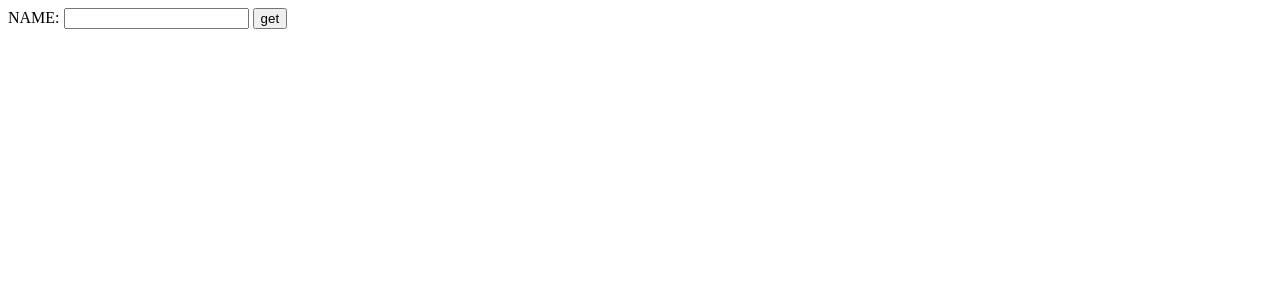
Repository: anushkammp/abc
Page: http://localhost/JSTLDemo/choose.jsp
The author's editor kept a copy of each file at every save. The page is drawn from the files as they stood at one save, then again after the next save.
The browser window is 1280 px wide. The pictures show the whole page.
The page is served by Tomcat 9.

Above is the page before, as saved 2018-08-20 09:39:40.

After the next save:
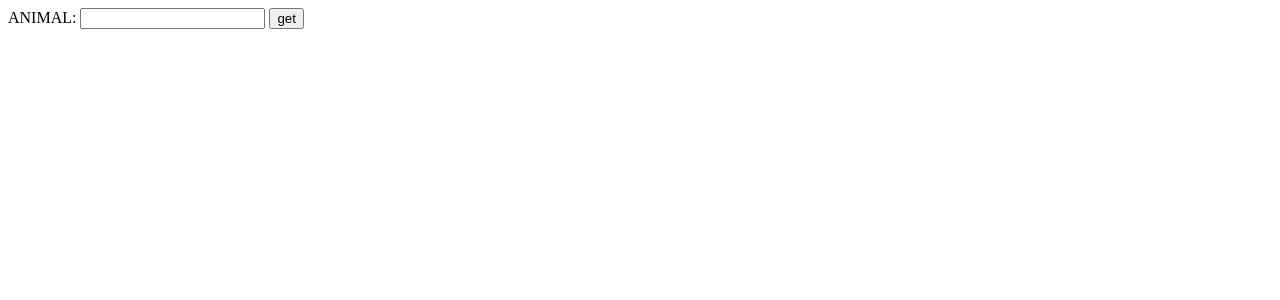
Saved 75 s later.
--- a/JSTLDemo/WebContent/choose.jsp
+++ b/JSTLDemo/WebContent/choose.jsp
@@ -9,7 +9,7 @@
 <body>
 
 <form action="animal.jsp">
-NAME: 	<input type="text" name="animal">
+ANIMAL: 	<input type="text" name="animal">
 		<input type="submit" value="get">
 
 </body>
